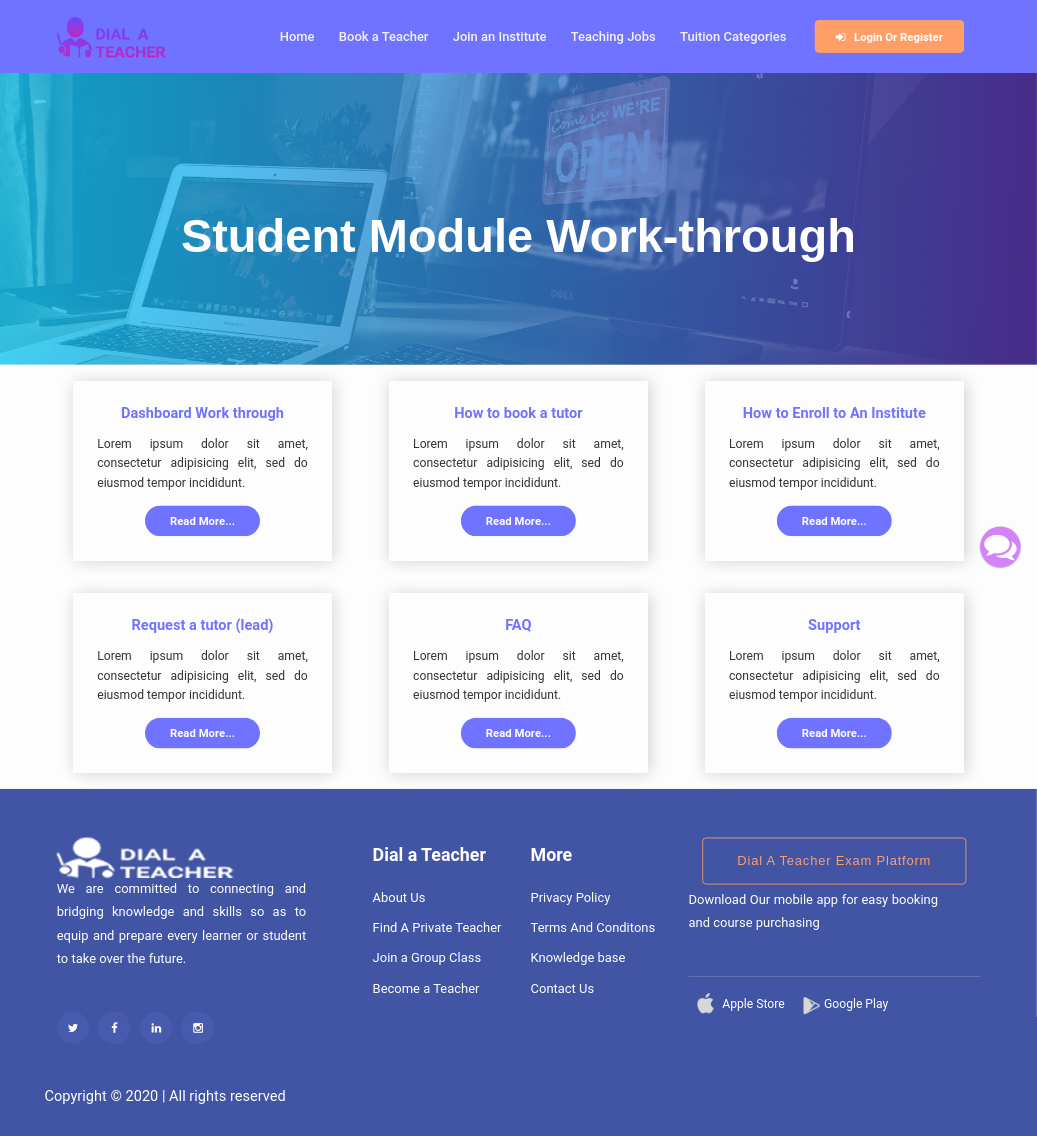
Repository: Samkiroko/DAT_knowledge
Page: ttdashboard.html
These files come from the project's save history. The page is drawn as it stood at one moment and after the next save; the edit follows.
The browser window is 1280 px wide. The pictures show the whole page, at 81% of full size.

Above is the page before, as saved 2020-12-14 16:17:11.
Console error: TypeError: e.indexOf is not a function

### ttdashboard.html
<!DOCTYPE html>
<html lang="en" dir="ltr">


  <!-- Mirrored from dialateacher.co.ke/faqs by HTTrack Website Copier/3.x [XR&CO'2014], Sat, 12 Dec 2020 12:13:42 GMT -->
  <!-- Added by HTTrack -->
  <meta http-equiv="content-type" content="text/html;charset=UTF-8" /><!-- /Added by HTTrack -->

  <head>
    <title>
      Dial a Teacher</title>
    <meta charset="utf-8">
    <meta http-equiv="X-UA-Compatible" content="IE=edge">
    <meta name="viewport" content="width=device-width, initial-scale=1">

    <meta name="description" content="Test Meta Description Value">

    <meta name="keywords" content="Test Meta Keyword Value ">
    <meta name="author" content="">
    <link rel="shortcut icon" href="assets/uploads/settings/thumbs/setting_152.png" />



    <!-- HTML5 Shim and Respond.js IE8 support of HTML5 elements and media queries -->
    <!-- WARNING: Respond.js doesn't work if you view the page via file:// -->
    <!--[if lt IE 9]>
           <script src="https://oss.maxcdn.com/libs/html5shiv/3.7.0/html5shiv.js"></script>
           <script src="https://oss.maxcdn.com/libs/respond.js/1.4.2/respond.min.js"></script>
       <![endif]-->

    <link rel="stylesheet" type="text/css" href="assets/front/css/main.css">


  </head>

  <body>
    <!-- Preloader -->
    <!-- <div id="preloader">
        <div id="status">&nbsp;</div>
    </div> -->
    <!-- Ends Preloader -->
    <!-- Nagigation -->
    <nav class="navbar navbar-default yamm">
      <div class="container">
        <!-- Brand and toggle get grouped for better mobile display -->
        <div class="navbar-header">
          <button type="button" class="navbar-toggle" data-toggle="collapse" data-target="#mega-nav-menu">
            <span class="sr-only">Toggle navigation</span>
            <span class="icon-bar"></span>
            <span class="icon-bar"></span>
            <span class="icon-bar"></span>
          </button>

          <a href="index.html"><img src="assets/uploads/settings/setting_35.png" class="logo " alt="logo"></a>
        </div>

        <!-- Collect the nav links, mega-menu, vertical-menu and other content for toggling -->
        <div class="collapse navbar-collapse" id="mega-nav-menu">
          <ul class="nav navbar-nav navbar-right">
            <li><a class="" href="index.html"> Home </a></li>

            <li><a class="" href="search-tutor.html"> Book a Teacher </a></li>

            <li><a class="" href="search-institute.html"> Join an Institute </a></li>

            <li><a class="" href="search-student-leads.html" title="Find Student Leads"> Teaching Jobs </a>
            </li>



            <li><a class="" href="courses.html"> Tuition Categories</a></li>


            <li>
              <a href="auth/login.html"> <span class="nav-btn"> <i class="fa  fa-sign-in"></i> &nbsp;
                  Login <span class="hidden-navbtn">Or Register</span></span>
              </a>
            </li>

          </ul>
        </div>
        <!-- /.navbar-collapse -->
      </div>
    </nav>
    <!-- Ends Navigation -->
    <!--===============================
    =            main-page            =
    ================================-->

    <div class="mwb-main-page example-main">
      <div class="container-fluid">
        <div class="mwb-main-page__content-wrapper">
          <h1 class="mwb-main-page__heading">Student Module Work-through</h1>
        </div>
      </div>
    </div>


    <!--====  End of main-page  ====-->

    <!--===========================================
=            documentation-section            =
============================================-->

    <div class="mwb-documentation-section section" id="documentation-section">
      <div class="container">
        <div class="row">
          <div class="col-lg-4 col-md-4 col-sm-6 col-xs-12">
            <a href="category.html" class="mwb-documentation-section__lists overflow" data-aos="flip-up">
              <h3>Dashboard Work through</h3>
              <p>Lorem ipsum dolor sit amet, consectetur adipisicing elit, sed do eiusmod tempor
                incididunt.</p>
              <button type="button" class="mwb-primary-btn mwb-documentation-section__btn">Read
                more...</button>
            </a>
          </div>
          <div class="col-lg-4 col-md-4 col-sm-6 col-xs-12">
            <a href="category.html" class="mwb-documentation-section__lists overflow" data-aos="flip-up">
              <h3>How to book a tutor</h3>
              <p>Lorem ipsum dolor sit amet, consectetur adipisicing elit, sed do eiusmod tempor
                incididunt.</p>
              <button type="button" class="mwb-primary-btn mwb-documentation-section__btn">Read
                more...</button>
            </a>
          </div>
          <div class="col-lg-4 col-md-4 col-sm-6 col-xs-12">
            <a href="category.html" class="mwb-documentation-section__lists overflow" data-aos="flip-up">
              <h3>How to Enroll to An Institute</h3>
              <p>Lorem ipsum dolor sit amet, consectetur adipisicing elit, sed do eiusmod tempor
                incididunt.</p>
              <button type="button" class="mwb-primary-btn mwb-documentation-section__btn">Read
                more...</button>
            </a>
          </div>
          <div class="col-lg-4 col-md-4 col-sm-6 col-xs-12">
            <a href="category.html" class="mwb-documentation-section__lists overflow" data-aos="flip-up">
              <h3>Request a tutor (lead)</h3>
              <p>Lorem ipsum dolor sit amet, consectetur adipisicing elit, sed do eiusmod tempor
                incididunt.</p>
              <button type="button" class="mwb-primary-btn mwb-documentation-section__btn">Read
                more...</button>
            </a>
          </div>
          <div class="col-lg-4 col-md-4 col-sm-6 col-xs-12">
            <a href="category.html" class="mwb-documentation-section__lists overflow" data-aos="flip-up">
              <h3>FAQ</h3>
              <p>Lorem ipsum dolor sit amet, consectetur adipisicing elit, sed do eiusmod tempor
                incididunt.</p>
              <button type="button" class="mwb-primary-btn mwb-documentation-section__btn">Read
                more...</button>
            </a>
          </div>
          <div class="col-lg-4 col-md-4 col-sm-6 col-xs-12">
            <a href="category.html" class="mwb-documentation-section__lists overflow" data-aos="flip-up">
              <h3>Support</h3>
              <p>Lorem ipsum dolor sit amet, consectetur adipisicing elit, sed do eiusmod tempor
                incididunt.</p>
              <button type="button" class="mwb-primary-btn mwb-documentation-section__btn">Read
                more...</button>
            </a>
          </div>

        </div>
      </div>

      <!--====  End of documentation-section  ====-->
      <!-- Footer -->
      <footer>
        <div class="footer-wrappper footer-bg">
          <!-- Footer Start-->
          <div class="footer-area footer-padding">
            <div class="container">
              <div class="row justify-content-between">
                <div class="col-xl-3 col-lg-4 col-md-3 col-sm-5">
                  <div class="single-footer-caption mb-50">
                    <div class="single-footer-caption mb-30">
                      <!-- logo -->
                      <div class="footer-logo mb-25">
                        <a href="index.html"><img src="assets/front/images/logo/logo2_footer.png" alt=""></a>
                      </div>
                      <div class="footer-tittle">
                        <div class="footer-pera">
                          <p>We are committed to connecting and bridging knowledge and
                            skills so as to equip and prepare every learner or student to
                            take
                            over the future.</p>
                        </div>
                      </div>
                      <!-- social -->
                      <div class="footer-social">
                        <a href="#"><i class="fa fa-twitter"></i></a>
                        <a href="#"><i class="fa fa-facebook-f"></i></a>
                        <a href="#"><i class="fa fa-linkedin"></i></a>
                        <a href="#"><i class="fa fa-instagram"></i></a>
                      </div>
                    </div>
                  </div>
                </div>
                <div class="col-xl-1 col-lg-2 col-md-2 col-sm-3">
                  <div class="single-footer-caption mb-50">
                    <div class="footer-tittle">
                      <h4>Dial a Teacher</h4>
                      <ul>
                        <li><a href="about-us.html">About Us</a></li>
                        <li><a href="search-tutor.html">Find A Private Teacher</a></li>
                        <li><a href="search-institute.html">Join a Group Class</a></li>
                        <li><a href="auth/login.html">Become a Teacher</a></li>
                      </ul>
                    </div>
                  </div>
                </div>
                <div class="col-xl-1 col-lg-2 col-md-3 col-sm-3">
                  <div class="single-footer-caption mb-50">
                    <div class="footer-tittle">
                      <h4>More</h4>
                      <ul>
                        <li><a href="home/terms-and-conditions.html">Privacy Policy</a></li>
                        <li><a href="home/terms-and-conditions.html">Terms And Conditons</a>
                        </li>
                        <li><a href="faqs.html">Knowledge base</a></li>
                        <li><a href="contact-us.html">Contact Us</a></li>
                      </ul>
                    </div>
                  </div>
                </div>
                <div class="col-xl-2 col-lg-4 col-md-4 col-sm-6">
                  <div class="single-footer-caption mb-50">
                    <div class="single-footer-caption mb-30">
                      <div class="row justify-content-start">
                        <div class="col-xl-12">
                          <div class="section-tittle text-center mt-20">
                            <a href="https://exam.dialateacher.co.ke/" class="border-btn">Dial A
                              Teacher Exam platform</a>
                          </div>
                        </div>
                      </div>
                      <div class="footer-tittle">
                        <div class="footer-pera text-center">
                          <p>Download Our mobile app for easy booking and course purchasing
                          </p>
                        </div>
                      </div>
                      <!-- social -->
                      <div class="footer-appdownload">
                        <hr class="footer-hr hidden-xs">
                        <a href="https://itunes.apple.com/in/genre/ios/id36?mt=8" target="_blank"><img
                            src="assets/front/images/icn-istore.png" alt="IOS app link"> Apple Store</a>

                        <a href="https://play.google.com/store?hl=en" target="_blank"><img
                            src="assets/front/images/icn-playstore.png" alt="Android app link">Google Play</a>
                      </div>
                    </div>
                  </div>
                </div>
              </div>
            </div>
          </div>
          <!-- footer-bottom area -->
          <div class="footer-bottom-area">
            <div class="container">
              <div class="footer-border">
                <div class="row d-flex align-items-center">
                  <div class="col-xl-12 ">
                    <div class="footer-copy-right text-center">
                      <p>
                        Copyright &copy;
                        <script>document.write(new Date().getFullYear());</script> | All rights
                        reserved
                      </p>
                    </div>
                  </div>
                </div>
              </div>
            </div>
          </div>
          <!-- Footer End-->
        </div>
      </footer>
      <!-- Ends Footer -->


      <!-- Scroll Up -->
      <div class="form-box " id="myDIV">
        <h2 class="login-header"><i class="far fa-comment-dots icon"></i>Support Center</h2>
        <div class="test">
          <form class="formInput">
            <div>
              <input type="text" required id="test">
              <label class="inputLabel">Name</label>
            </div>

            <div>
              <input type="text" id="numberText" required>
              <label class="inputLabel">Mobile No.</label>
            </div>
            <div>
              <input type="text" required>
              <label class="inputLabel">Message</label>
            </div>
            <div>
              <input type="file" id="inputFile" required><label id="labelFile" for="inputFile">
                <i class="far fa-file-image" id="iconPhoto"></i>Choose a Photo</label>
            </div>

            <p id="legal">Will get back to you within 24hr. Have a good one. </p>
            <input type="submit" value="Send" id="submitButt" class="active">
          </form>
        </div>
        <div class="footer"></div>
      </div>
      <button class="floating-btn" onclick="myFunction()">
        <i class="fa fa-comments"></i>
      </button>
      <script src="https://ajax.googleapis.com/ajax/libs/jquery/3.4.1/jquery.min.js"></script>
      <script>
        $('#submitButt').click(function () {
          $(this).toggleClass('active');
        });
        $(function () {
          $("#test").focus();
        });
        document.querySelector('.floating-btn').addEventListener('click', function (e) {
          e.target.closest('button').classList.toggle('clicked');
        });

        function myFunction() {
          var x = document.getElementById("myDIV");
          console.log(x);
          console.log(x.classList.contains('open'));
          if (x.classList.contains('open')) {
            x.classList.remove("open");
          } else {
            x.classList.add("open");
            document.getElementById("test").focus();

          }
        }
      </script>
      <!-- Scroll Up end -->




      <!-- Script files -->
      <script src="assets/front/js/jquery.js"></script>

      <link rel="stylesheet" href="assets/front/css/jquery-ui.css">
      <script src="assets/front/js/jquery-ui.js"></script>
      <script>
        $(function () {
          $(".custom_accordion").accordion({
            heightStyle: "content"
          });
        });
      </script>




      <!--Bootstrap Page-->
      <script src="assets/front/js/bootstrap.min.js"></script>
      <!--Profile Page-->
      <script src="assets/front/js/marquee.js"></script>
      <script type="text/javascript" src="assets/front/js/flatpickr.min.js"></script>

      <script type="text/javascript" src="assets/front/js/select2.min.js"></script>
      <script type="text/javascript" src="assets/front/js/owl.carousel.min.js"></script>
      <script type="text/javascript" src="assets/front/js/jRate.min.js"></script>
      <script type="text/javascript" src="assets/front/js/jquery.magnific-popup.js"></script>
      <script type="text/javascript" src="assets/front/js/jquery.smartmenus.js"></script>
      <script type="text/javascript" src="assets/front/js/jquery.smartmenus.bootstrap.js"></script>
      <script type="text/javascript" src="assets/front/js/flexgrid.js"></script>
      <script type="text/javascript" src="assets/front/js/countUp.js"></script>
      <script type="text/javascript" src="assets/front/js/jquery.dataTables.min.js"></script>
      <!-- Custom Script -->
      <script type="text/javascript" src="assets/front/js/main.js"></script>

      <!--Gallery-->
      <script type="text/javascript" src="assets/front/js/fileinput.min.js"></script>


      <!--COntact us page-->
      <!--script type="text/javascript" src="https://maps.googleapis.com/maps/api/js?key=AIzaSyC-h5q6y2eBfFV5X7QV6Z5mrFFU2s97XJs&sensor=false"></script>
<script>
$(document).ready(function () {
    "use strict";

    function e() {
        var e = {
                center: a,
                zoom: 10,
                /*scrollwheel:!0*/
                scrollwheel: false,
                mapTypeId: google.maps.MapTypeId.ROADMAP,
                styles: [{
                    featureType: "landscape",
                    stylers: [{
                        hue: "#FFBB00"
                }, {
                        saturation: 43.400000000000006
                }, {
                        lightness: 37.599999999999994
                }, {
                        gamma: 1
                }]
            }, {
                    featureType: "road.highway",
                    stylers: [{
                        hue: "#FFC200"
                }, {
                        saturation: -61.8
                }, {
                        lightness: 45.599999999999994
                }, {
                        gamma: 1
                }]
            }, {
                    featureType: "road.arterial",
                    stylers: [{
                        hue: "#FF0300"
                }, {
                        saturation: -100
                }, {
                        lightness: 51.19999999999999
                }, {
                        gamma: 1
                }]
            }, {
                    featureType: "road.local",
                    stylers: [{
                        hue: "#FF0300"
                }, {
                        saturation: -100
                }, {
                        lightness: 52
                }, {
                        gamma: 1
                }]
            }, {
                    featureType: "water",
                    stylers: [{
                        hue: "#0078FF"
                }, {
                        saturation: -13.200000000000003
                }, {
                        lightness: 2.4000000000000057
                }, {
                        gamma: 1
                }]
            }, {
                    featureType: "poi",
                    stylers: [{
                        hue: "#00FF6A"
                }, {
                        saturation: -1.0989010989011234
                }, {
                        lightness: 11.200000000000017
                }, {
                        gamma: 1
                }]
            }]

            },
            t = new google.maps.Map(document.getElementById("tutors_map"), e),
            s = {
                url: "assets/front/images/logo_google_map.png"
            },
            o = new google.maps.Marker({
                position: a,
                map: t,
                icon: s,
                animation: google.maps.Animation.BOUNCE
            });
        o.setMap(t);
        var n = new google.maps.InfoWindow({
            content: "<strong>Westland, peponi Rd <br> Westlands, Nairobi 00606</strong>"
        });
        google.maps.event.addListener(o, "click", function () {
            n.open(t, o)
        })
    }
    var a;
    a = new google.maps.LatLng("17.4459764", "78.38607860000002"), google.maps.event.addDomListener(window, "load", e), a = new google.maps.LatLng("17.4459764", "78.38607860000002")
});
</script-->


      <script>
        $(function () {
          $(".stu-certificate").attr("target", "_blank");
        });
      </script>


  </body>


  <!-- Mirrored from dialateacher.co.ke/faqs by HTTrack Website Copier/3.x [XR&CO'2014], Sat, 12 Dec 2020 12:13:42 GMT -->

</html>

### assets/front/css/main.css
@import url('font-awesome.min.css');
@import url('bootstrap.min.css');
@import url('select2.min.css');
@import url('owl.carousel.min.css');
@import url('owl.theme.default.min.css');
@import url('magnific-popup.css');
@import url('jquery.smartmenus.bootstrap.css');
@import url('jquery.dataTables.min.css');
@import url('flatpickr.min.css');
@import url('sateesh-style.css');
@import url('video-js.css');
@import url('colorbox.css');
@import url('sateesh-bootstrap.min.css');
@import url('sateesh-new-style.css');
@import url('document.css');

### assets/front/images/footer-bg.html
<!doctype html>
<html>
<head>
<meta name="viewport" content="width=device-width, maximum-scale=1, initial-scale=1, user-scalable=0">
<meta charset="utf-8">
<title>Couldn't find the page - 404 Not Found</title>
<link href="assets/front/css/bootstrap.min.css" rel="stylesheet">
<link href="../assets/front/css/bootstrap.min.css" rel="stylesheet">
<style>
body {
	/*background-color: #534051;*/
  background-color: #8bc2d2;
}
.error-box {
	color: #fff;
	font-weight: 600;
	margin-top: 100px;
	text-align: center;
}
.error-box .message-small {
	font-size: 24px;
	line-height:28px;
}
.error-box .message-big {
	font-size: 160px;
	line-height: 180px;
	color:#fff;
	text-shadow: 1px 1px 1px #666, 0 0 2px #333;
}
</style>
<script>
function goBack()
  {
  window.history.back()
  }
</script>
</head>

<body>
<div class="row-fluid">
<div class="span8 offset2">
  <div class="error-box">
    <div class="message-small">Sorry! the page doesn't seem to be exist.</div>
    <div class="clearfix"></div>
    <div class="message-big">404</div>
    <div class="clearfix"></div>
    <div class="message-small">Try clicking on the Homepage or back button to find what you're after.</div>
    <div class="clearfix"></div>
    <div style="margin-top: 50px"> <a onClick="goBack()" class="btn btn-info"> <i class="icon-arrow-left icon-white"></i> Go Back </a> <a href="https://dialateacher.co.ke/" class="btn btn-primary"> <i class="icon-home icon-white"></i> Homepage </a></div>
  </div>
</div>
</div>
</body>
</html>

Loaded but not shown: assets/front/css/font-awesome.min.css (library); assets/front/css/bootstrap.min.css (library); assets/front/css/select2.min.css (library); assets/front/css/owl.carousel.min.css (library); assets/front/css/owl.theme.default.min.css (common file); assets/front/css/magnific-popup.css (library); assets/front/css/jquery.smartmenus.bootstrap.css (library); assets/front/css/jquery.dataTables.min.css (library); assets/front/css/flatpickr.min.css (library); assets/front/css/sateesh-bootstrap.min.css (library); assets/front/css/jquery-ui.css (library); assets/front/js/jquery-ui.js (library); assets/front/js/bootstrap.min.js (library); assets/front/js/marquee.js (library); assets/front/js/flatpickr.min.js (library); assets/front/js/select2.min.js (library); assets/front/js/owl.carousel.min.js (library); assets/front/js/jRate.min.js (library); assets/front/js/jquery.magnific-popup.js (library); assets/front/js/jquery.smartmenus.js (library); assets/front/js/jquery.smartmenus.bootstrap.js (library); assets/front/js/flexgrid.js (library); assets/front/js/jquery.dataTables.min.js (library); assets/front/js/fileinput.min.js (library); assets/front/js/main.js (358 lines, source omitted); assets/front/js/countUp.js (196 lines, source omitted); assets/front/css/sateesh-new-style.css (7945 lines, source omitted); assets/front/css/sateesh-style.css (7940 lines, source omitted); assets/front/css/video-js.css (1400 lines, source omitted); assets/front/css/document.css (1294 lines, source omitted); assets/front/css/colorbox.css (75 lines, source omitted); assets/front/js/jquery.js (no copy from this time; the picture is the same without it)

After the next save:
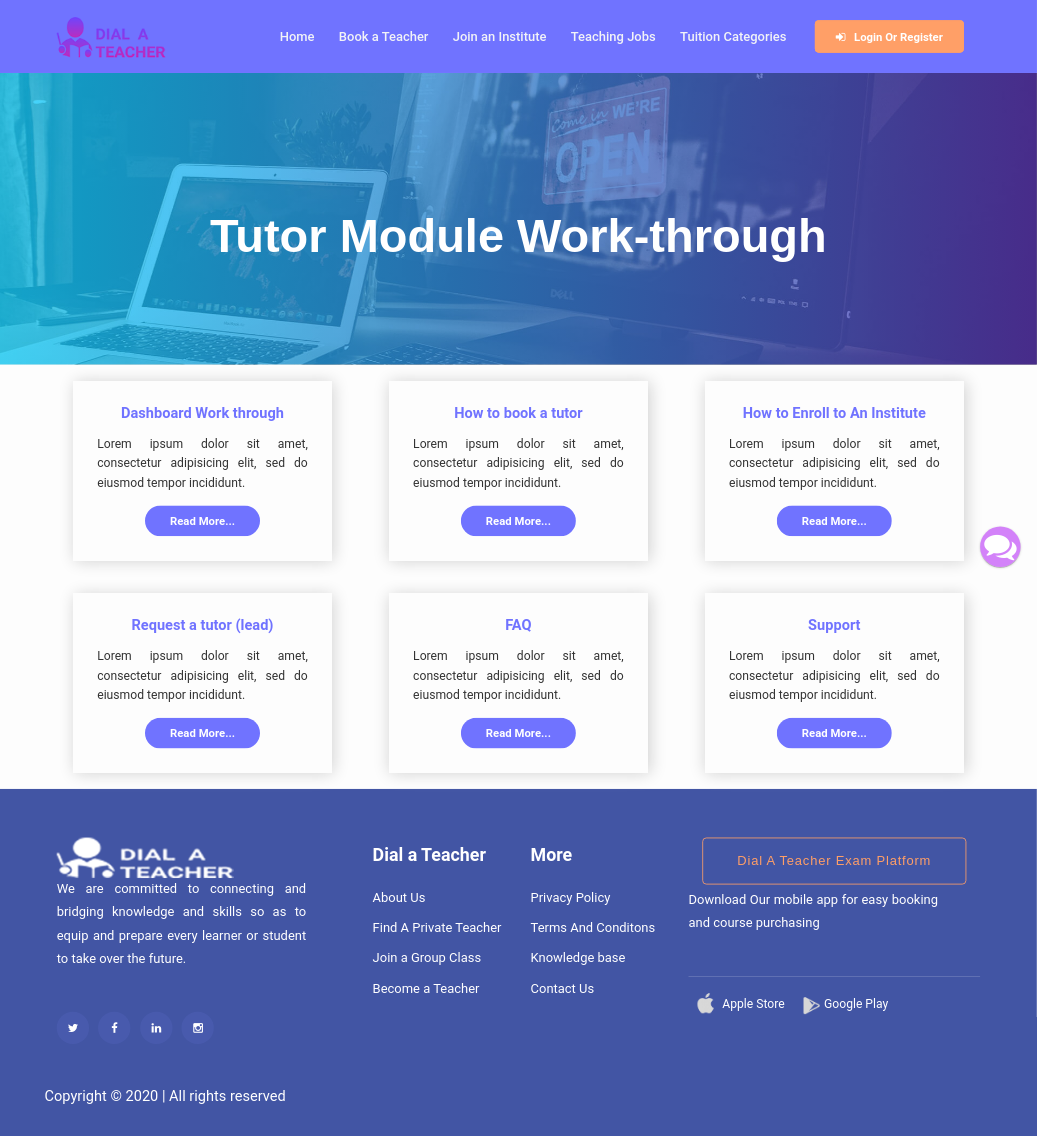
Saved 41 s later.
--- a/ttdashboard.html
+++ b/ttdashboard.html
@@ -90,7 +90,7 @@
     <div class="mwb-main-page example-main">
       <div class="container-fluid">
         <div class="mwb-main-page__content-wrapper">
-          <h1 class="mwb-main-page__heading">Student Module Work-through</h1>
+          <h1 class="mwb-main-page__heading">Tutor Module Work-through</h1>
         </div>
       </div>
     </div>
